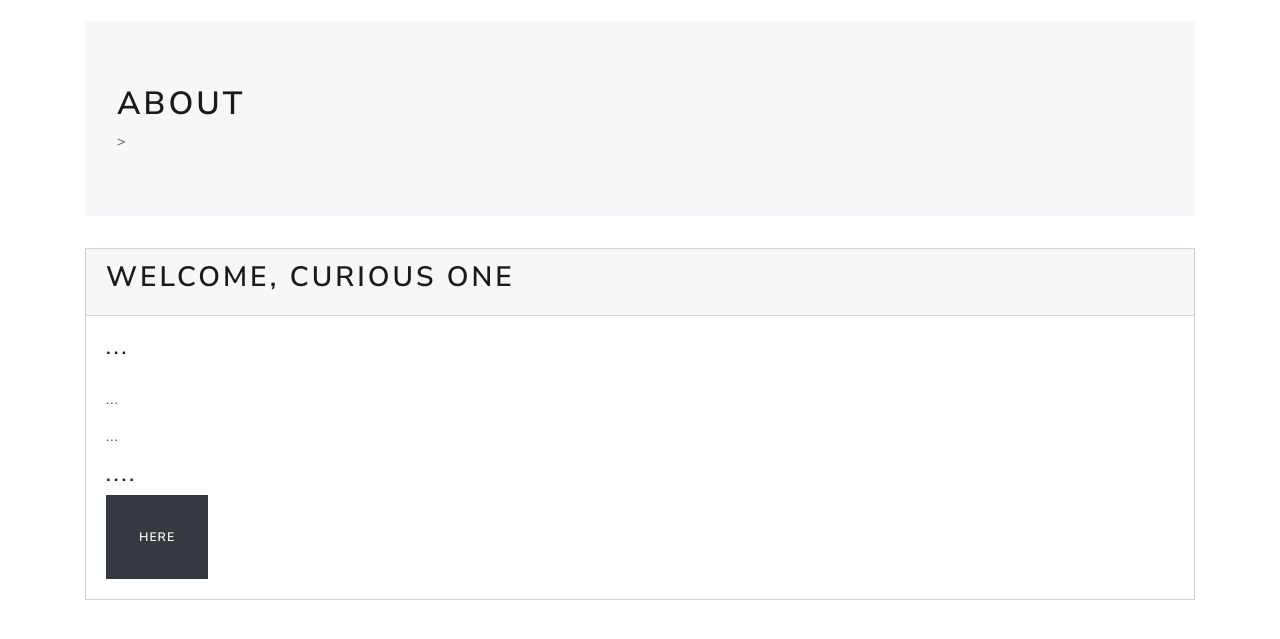
Repository: noctuakitty/kittycastillowilshire
Page: /aboutpage (app in client/)
An editor plug-in stored every save of this project. The page is shown before and after the next save, followed by the edit.
The browser window is 1280 px wide. The pictures show the whole page.
Some web libraries are served in a nearby version. The project was rebuilt for these pictures with package versions that can differ from the ones it lists, and the page was loaded fresh each time. Also part of the build but not shown: client/src/components/jumbotrons/HomeJumbotron.js, client/src/components/cards/HomeCard.js, client/src/components/pages/HomePage.js.

Above is the page before, as saved 2022-06-07 00:59:12.

After the next save:
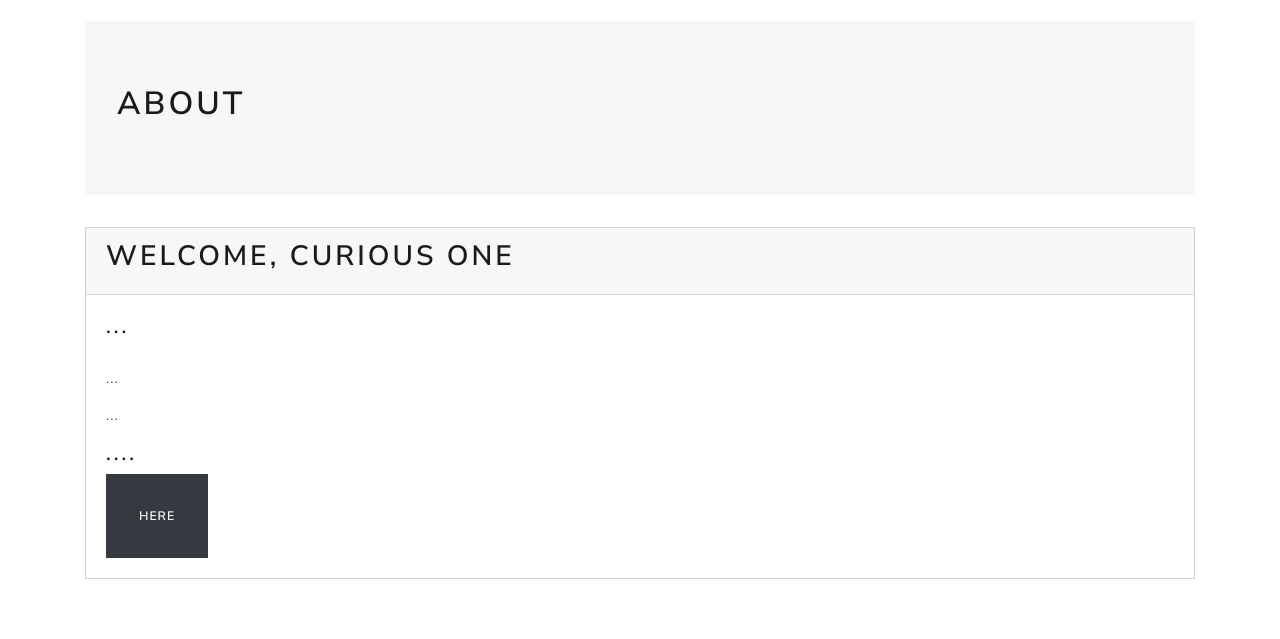
Saved 7 s later.
--- a/client/src/components/jumbotrons/AboutJumbotron.js
+++ b/client/src/components/jumbotrons/AboutJumbotron.js
@@ -7,7 +7,7 @@ function AboutJumbotron() {
                 <div className="row">
                     <div className="col">
                         <div className="jumbotron">
-                            <h1>About</h1>>
+                            <h1>About</h1>
                         </div>
                     </div>
                 </div>
